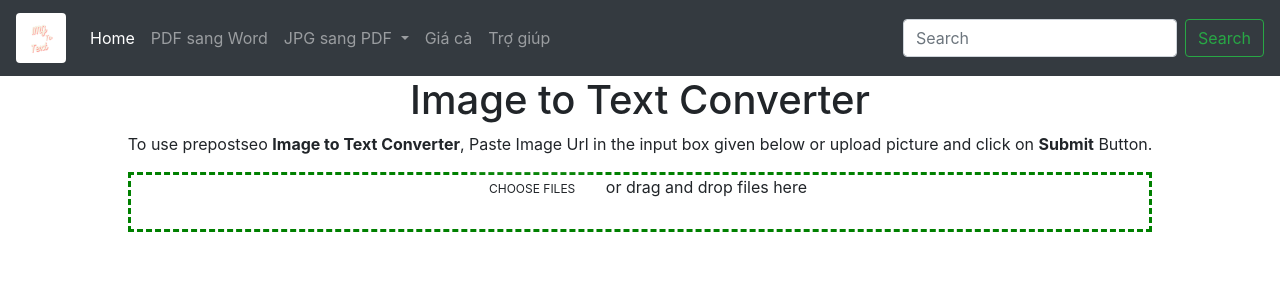
Repository: Tung1227/PBL6-2022
Page: index.html
These files come from the project's save history. The page is drawn as it stood at one moment and after the next save; the edit follows.
The browser window is 1280 px wide. The pictures show the whole page.

Above is the page before, as saved 2022-09-16 20:50:37.

### index.html
<!doctype html>
<html lang="en">

<head>
    <title>Title</title>
    <!-- Required meta tags -->
    <meta charset="utf-8">
    <meta name="viewport" content="width=device-width, initial-scale=1, shrink-to-fit=no">

    <!-- Bootstrap CSS -->
    <link rel="stylesheet" href="https://stackpath.bootstrapcdn.com/bootstrap/4.3.1/css/bootstrap.min.css"
        integrity="sha384-ggOyR0iXCbMQv3Xipma34MD+dH/1fQ784/j6cY/iJTQUOhcWr7x9JvoRxT2MZw1T" crossorigin="anonymous">
    <link rel="stylesheet" href="public/css/index.css">
</head>

<body>
    <nav class="navbar navbar-expand-lg navbar-dark bg-dark">
        <a class="navbar-brand" href="#">
            <img class="rounded" src="public/img/logo.png" width="50" height="50" alt="">
        </a>
        <button class="navbar-toggler" type="button" data-toggle="collapse" data-target="#navbarSupportedContent"
            aria-controls="navbarSupportedContent" aria-expanded="false" aria-label="Toggle navigation">
            <span class="navbar-toggler-icon"></span>
        </button>

        <div class="collapse navbar-collapse" id="navbarSupportedContent">
            <ul class="navbar-nav mr-auto">
                <li class="nav-item active">
                    <a class="nav-link" href="#">Home <span class="sr-only">(current)</span></a>
                </li>
                <li class="nav-item">
                    <a class="nav-link" href="#">PDF sang Word</a>
                </li>
                <li class="nav-item dropdown">
                    <a class="nav-link dropdown-toggle" href="#" id="navbarDropdown" role="button"
                        data-toggle="dropdown" aria-haspopup="true" aria-expanded="false">
                        JPG sang PDF
                    </a>
                    <div class="dropdown-menu" aria-labelledby="navbarDropdown">
                        <a class="dropdown-item" href="#">Action</a>
                        <a class="dropdown-item" href="#">Another action</a>
                        <div class="dropdown-divider"></div>
                        <a class="dropdown-item" href="#">Something else here</a>
                    </div>
                </li>
                <li class="nav-item">
                    <a class="nav-link" href="#">Giá cả</a>
                </li>
                <li class="nav-item">
                    <a class="nav-link" href="#">Trợ giúp</a>
                </li>
            </ul>
            <form class="form-inline my-2 my-lg-0 ">
                <input class="form-control mr-sm-2" type="search" placeholder="Search" aria-label="Search">
                <button class="btn btn-outline-success my-2 my-sm-0 " type="submit">Search</button>
            </form>
        </div>
    </nav>
    <div class="container d-flex justify-content-center mt-100">
        <div class="row">
            <div class="col-xs-1-12 text-center">
                <h1 class="">Image to Text Converter</h1>
                <p class="text16">To use prepostseo <strong>Image to Text Converter</strong>, Paste Image Url in the
                    input
                    box given below or upload picture and click on <strong>Submit</strong> Button.</p>
                <div class="file-drop-area">
                    <span class="choose-file-button">Choose files</span>
                    <span class="file-message">or drag and drop files here</span>
                    <input class="file-input" type="file" multiple>
                </div>
            </div>
        </div>
    </div>
    <!-- Optional JavaScript -->
    <!-- jQuery first, then Popper.js, then Bootstrap JS -->
    <script src="https://code.jquery.com/jquery-3.3.1.slim.min.js"
        integrity="sha384-q8i/X+965DzO0rT7abK41JStQIAqVgRVzpbzo5smXKp4YfRvH+8abtTE1Pi6jizo"
        crossorigin="anonymous"></script>
    <script src="https://cdnjs.cloudflare.com/ajax/libs/popper.js/1.14.7/umd/popper.min.js"
        integrity="sha384-UO2eT0CpHqdSJQ6hJty5KVphtPhzWj9WO1clHTMGa3JDZwrnQq4sF86dIHNDz0W1"
        crossorigin="anonymous"></script>
    <script src="https://stackpath.bootstrapcdn.com/bootstrap/4.3.1/js/bootstrap.min.js"
        integrity="sha384-JjSmVgyd0p3pXB1rRibZUAYoIIy6OrQ6VrjIEaFf/nJGzIxFDsf4x0xIM+B07jRM"
        crossorigin="anonymous"></script>
</body>

</html>

### public/css/index.css
* {
    padding: 0px;
    margin: 0px;
}

.file-drop-area {
    border: dashed green;
}

.file-input {
    height: 100%;
    width: 100%;
    cursor: pointer;
    opacity: 0;
}

.choose-file-button {
    flex-shrink: 0;
    background-color: rgba(255, 255, 255, 0.04);
    border: 1px solid rgba(255, 255, 255, 0.1);
    border-radius: 3px;
    padding: 8px 15px;
    margin-right: 10px;
    font-size: 12px;
    text-transform: uppercase;
}

After the next save:
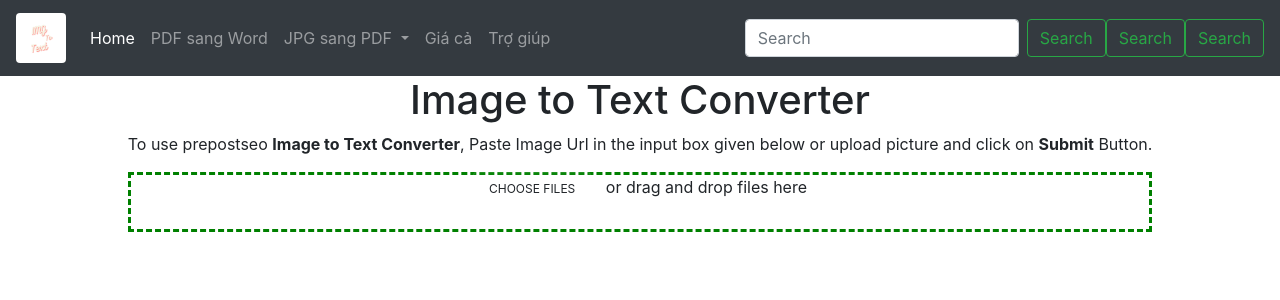
Saved 4 min 4 s later.
--- a/index.html
+++ b/index.html
@@ -53,6 +53,8 @@
             <form class="form-inline my-2 my-lg-0 ">
                 <input class="form-control mr-sm-2" type="search" placeholder="Search" aria-label="Search">
                 <button class="btn btn-outline-success my-2 my-sm-0 " type="submit">Search</button>
+                <button class="btn btn-outline-success my-2 my-sm-0 " type="submit">Search</button>
+                <button class="btn btn-outline-success my-2 my-sm-0 " type="submit">Search</button>
             </form>
         </div>
     </nav>
